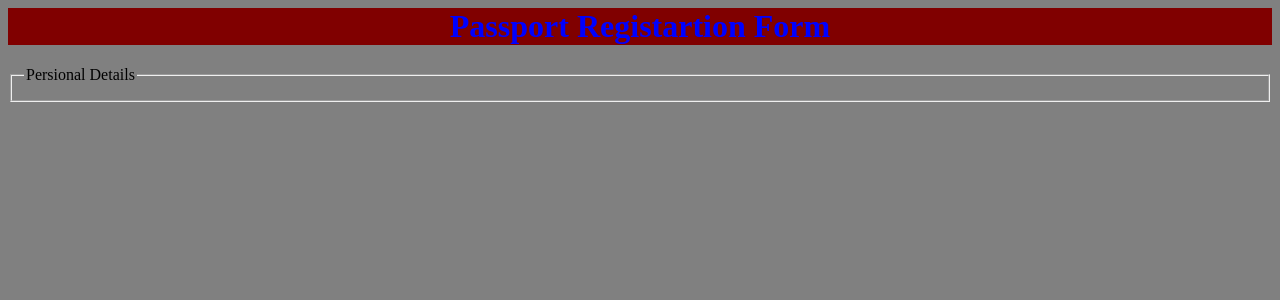
Repository: ShekharSudhansu/PHONEBOOK-APP-H2
Page: http://localhost/04PassportRegistrationApplication/views/persionaldetailsForm.jsp
The author's editor kept a copy of each file at every save. The page is drawn from the files as they stood at one save, then again after the next save.
The browser window is 1280 px wide. The pictures show the whole page.
The page is served by Tomcat 9. Other server files are loaded and not shown.

Above is the page before, as saved 2020-01-07 06:14:11.

### 04PassportRegistrationApplication/src/main/webapp/views/persionaldetailsForm.jsp
<%@ page language="java" contentType="text/html; charset=ISO-8859-1"
    pageEncoding="ISO-8859-1"%>
 <body style="background-color:#808080">
 	<h1 style="color:#0000FF;text-align: center;background-color: #800000">Passport Registartion Form</h1>
 	<fieldset>
 		<legend>Persional Details</legend>
 	</fieldset>

 </body>

After the next save:
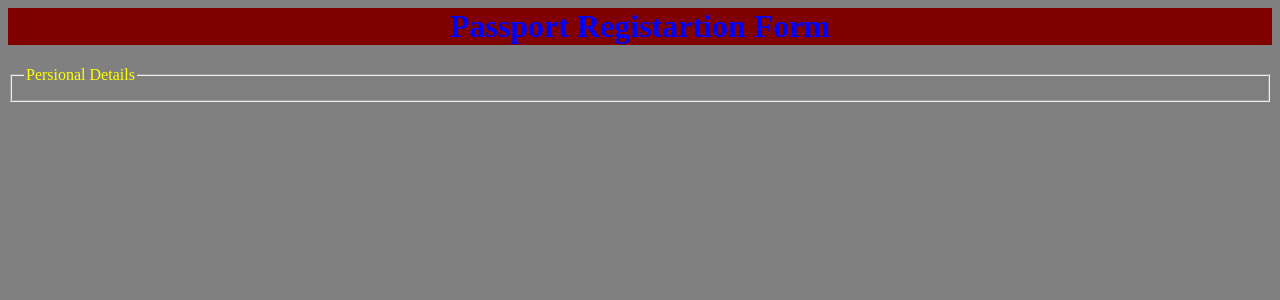
Saved 35 s later.
--- a/04PassportRegistrationApplication/src/main/webapp/views/persionaldetailsForm.jsp
+++ b/04PassportRegistrationApplication/src/main/webapp/views/persionaldetailsForm.jsp
@@ -3,7 +3,7 @@
  <body style="background-color:#808080">
  	<h1 style="color:#0000FF;text-align: center;background-color: #800000">Passport Registartion Form</h1>
  	<fieldset>
- 		<legend>Persional Details</legend>
+ 		<legend style="color: yellow">Persional Details</legend>
  	</fieldset>
 
  </body>
